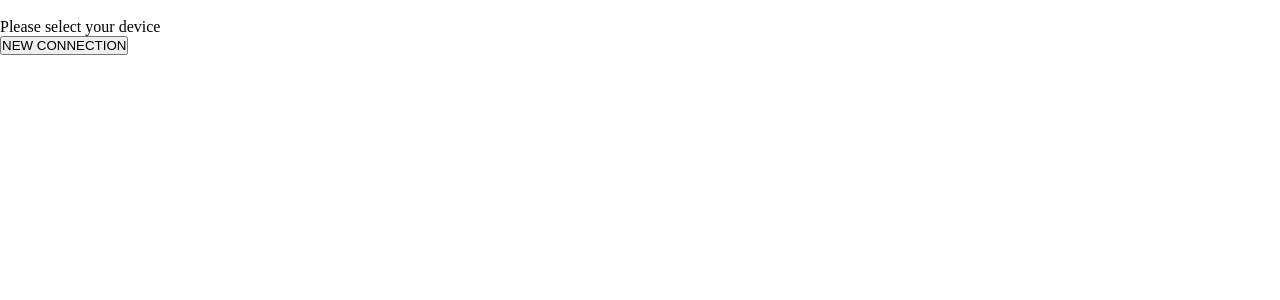
Repository: anjandash/authpass
Page: authenticator.html
The author's editor kept a copy of each file at every save. The page is drawn from the files as they stood at one save, then again after the next save.
The browser window is 1280 px wide. The pictures show the whole page.

Above is the page before, as saved 2021-11-13 11:53:37.

### authenticator.html
<!DOCTYPE html>
<html lang="en">
<head>
    <meta charset="UTF-8">
    <meta http-equiv="X-UA-Compatible" content="IE=edge">
    <meta name="viewport" content="width=device-width, initial-scale=1.0">
    <link rel="stylesheet" href="authenticator.css">

    <title>Authpass authenticator</title>
</head>
<body>

    <p id="authenticating"> <br> Please select your device </p>

    <button id="getDetails">NEW CONNECTION</button>
    <div id="details"></div>

    <script src="authenticator.js"></script>

</body>
</html>

### authenticator.css
*{
    padding: 0px;
    margin: 0px;
}

.wrapper{
    width: 100%;
    height: 1000px;
    padding: 0px 20px;
    margin: 0px;
    background-color: whitesmoke;
}

### authenticator.js
const button = document.getElementById("getDetails");
const details = document.getElementById("details");
const authenticating = document.getElementById("authenticating");

function isWebBluetoothEnabled() {
    document.getElementById('bluetoothState').innerText = 'Testing ...'
    if (!navigator.bluetooth) {
        console.log('Web Bluetooth API is not available in this browser!')
        document.getElementById('bluetoothState').innerText = 'Not available'
        return false
    }
    document.getElementById('bluetoothState').innerText = 'Available'
    return true
}

// sleep time expects milliseconds
function sleep (time) {
    return new Promise((resolve) => setTimeout(resolve, time));
}

async function onGetBluetoothDevicesButtonClick() {
    try {
      log('Getting existing permitted Bluetooth devices...');
      const devices = await navigator.bluetooth.getDevices();

      log('> Got ' + devices.length + ' Bluetooth devices.');
      for (const device of devices) {
        log('  > ' + device.name + ' (' + device.id + ')');
      }
    }
    catch(error) {
      log('Argh! ' + error);
    }
  }

async function connectToPermittedDevices() {
// Get permitted devices.
let devices = await navigator.bluetooth.getDevices();

// These devices may not be powered on or in range, so scan for
// advertisement packets from them before connecting.
for (let device of devices) {
    let abortController = new AbortController();
    device.addEventListener('advertisementreceived', async (evt) => {
    // Stop watching advertisements to conserve battery life.
    abortController.abort();

    // The device can now be connected to.
    await device.gatt.connect();
    }, {once: true});

    await device.watchAdvertisements({signal: abortController.signal});
}
}

button.addEventListener("click", async () => {
  try {

    // Declaring the service we want
    authpass_service_uuid = "EABC4F75-8967-4234-A483-9660A8F32AB1".toLowerCase()
    // gpass_service_uuid = "00001802-0000-1000-8000-00805F9B34FB".toLowerCase()

    // "00001803-0000-1000-8000-00805F9B34FB".toLowerCase() //

    // Request the Bluetooth device through browser
    const device = await navigator.bluetooth.requestDevice({
      optionalServices: [authpass_service_uuid],
      acceptAllDevices: true,
    });

    // Connect to the GATT server
    // We also get the name of the Bluetooth device here
    let deviceId = device.gatt.device.id;
    let deviceName = device.gatt.device.name;

    const server = await device.gatt.connect();
    let connStatus = device.gatt.device.gatt.connected;

    serviceUuid = authpass_service_uuid
    const service = await server.getPrimaryService(serviceUuid);
    const characteristics = await service.getCharacteristics();
    const characteristicsUuid = characteristics.map(c => c.uuid).join('\n' + ' '.repeat(19));

    console.log('> Device Id: ' + deviceId)
    console.log('> Device Name: ' + deviceName)
    console.log('> Connection Status: ' + connStatus)
    console.log('> Characteristics: ' + characteristicsUuid);

    authenticating.innerHTML = characteristicsUuid
    //getDetails.parentNode.removeChild(elem);

    //validating user token


    sleep(1000).then(() => {
        details.innerHTML = "SUCCESSFULLY AUTHENTICATED"
        window.location.href="profile.html";
    });

  } catch (err) {
    console.log(err);
    alert("An error occured while fetching device details");
  }
});

After the next save:
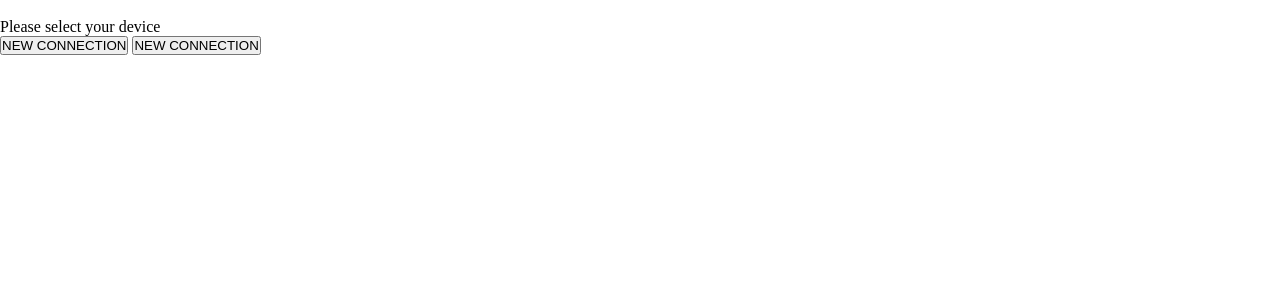
Saved 9 s later.
--- a/authenticator.html
+++ b/authenticator.html
@@ -13,6 +13,7 @@
     <p id="authenticating"> <br> Please select your device </p>
 
     <button id="getDetails">NEW CONNECTION</button>
+    <button id="getDetails2">NEW CONNECTION</button>
     <div id="details"></div>
 
     <script src="authenticator.js"></script>
